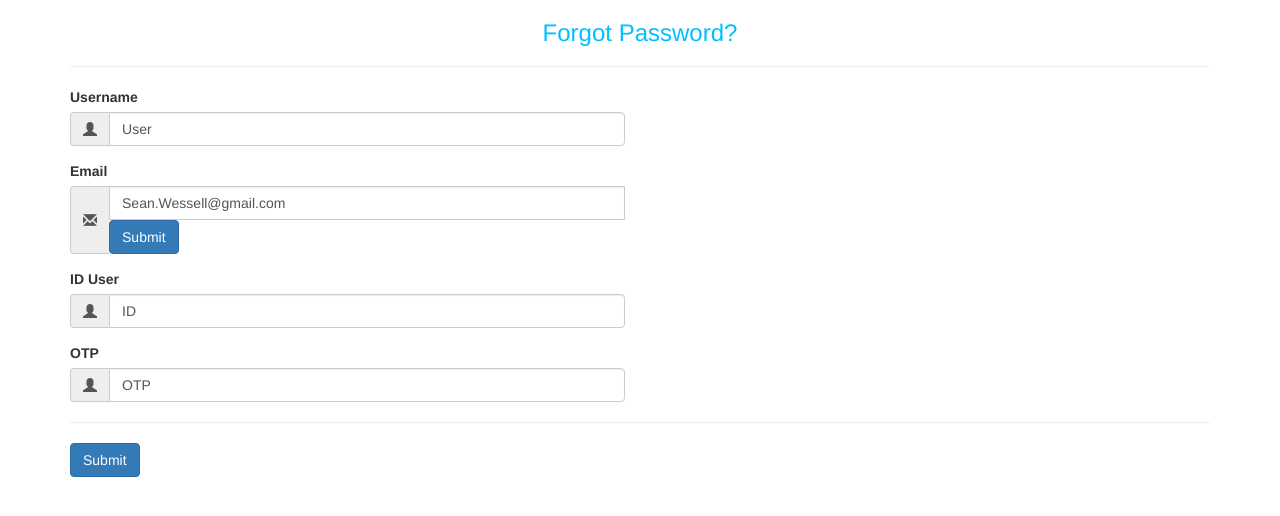
Repository: phamtailinh/webtintuc
Page: http://localhost/doicapdat/Quenmk.jsp
These files come from the project's save history. The page is drawn as it stood at one moment and after the next save; the edit follows.
The browser window is 1280 px wide. The pictures show the whole page.
Some web libraries are served in a nearby version. The page is served by Tomcat 9. Other server files are loaded and not shown.

Above is the page before, as saved 2022-01-07 09:02:24.
Console error (its wording comes from the project's code and is left out).

### doicapdat/src/main/webapp/Quenmk.jsp
<%@ page language="java" contentType="text/html; charset=ISO-8859-1"
	pageEncoding="ISO-8859-1"%>
<!DOCTYPE html>
<html>
<head>
<meta charset="ISO-8859-1">
<title>Insert title here</title>
<link
	href="//maxcdn.bootstrapcdn.com/bootstrap/3.3.0/css/bootstrap.min.css"
	rel="stylesheet" id="bootstrap-css">
<script
	src="//maxcdn.bootstrapcdn.com/bootstrap/3.3.0/js/bootstrap.min.js"></script>
<script src="//code.jquery.com/jquery-1.11.1.min.js"></script>
<style type="text/css">
.popover.primary {
	border-color: #337ab7;
}

.popover.primary>.arrow {
	border-top-color: #337ab7;
}

.popover.primary>.popover-title {
	color: #fff;
	background-color: #337ab7;
	border-color: #337ab7;
}

.popover.success {
	border-color: #d6e9c6;
}

.popover.success>.arrow {
	border-top-color: #d6e9c6;
}

.popover.success>.popover-title {
	color: #3c763d;
	background-color: #dff0d8;
	border-color: #d6e9c6;
}

.popover.info {
	border-color: #bce8f1;
}

.popover.info>.arrow {
	border-top-color: #bce8f1;
}

.popover.info>.popover-title {
	color: #31708f;
	background-color: #d9edf7;
	border-color: #bce8f1;
}

.popover.warning {
	border-color: #faebcc;
}

.popover.warning>.arrow {
	border-top-color: #faebcc;
}

.popover.warning>.popover-title {
	color: #8a6d3b;
	background-color: #fcf8e3;
	border-color: #faebcc;
}

.popover.danger {
	border-color: #ebccd1;
}

.popover.danger>.arrow {
	border-top-color: #ebccd1;
}

.popover.danger>.popover-title {
	color: #a94442;
	background-color: #f2dede;
	border-color: #ebccd1;
}
</style>
</head>
<body>
	<div class="container">

		<h3 style="color: #00BFFF; text-align: center;">Forgot Password?</h3>
		<hr>
		<div class="row">
			<div class="col-lg-6">
				<div class="form-group">
					<label>Username</label>
					<div class="input-group">
						<span class="input-group-addon"><span
							class="glyphicon glyphicon-user"></span></span> <input type="text"
							class="form-control" name="Username" id="Username"
							placeholder="Requested Username" required value="User">
					</div>
				</div>
				<div class="form-group">
					<label>Email</label>
					<div class="input-group">
						<span class="input-group-addon"><span
							class="glyphicon glyphicon-envelope"></span></span> <input type="text"
							class="form-control" name="Email" id="Email"
							placeholder="Requested Email" required
							value="Sean.Wessell@gmail.com"> <input type="submit"
							name="submit" id="submit" value="Submit"
							class="btn btn-primary pull-left"
							href="https://accounts.google.com/AccountChooser/signinchooser?service=mail&continue=https%3A%2F%2Fmail.google.com%2Fmail%2F&flowName=GlifWebSignIn&flowEntry=AccountChooser">
					</div>
				</div>
				<div class="form-group">
					<label>ID User</label>
					<div class="input-group">
						<span class="input-group-addon"><span
							class="glyphicon glyphicon-user"></span></span> <input type="text"
							class="form-control" name="Username" id="Username"
							placeholder="Requested Username" required value="ID">
					</div>
				</div>
				<label>OTP</label>
				<div class="input-group">
					<span class="input-group-addon"><span
						class="glyphicon glyphicon-user"></span></span> <input type="text"
						class="form-control" name="Username" id="Username"
						placeholder="Requested Username" required value="OTP">
				</div>
			</div>


		</div>
		<hr>
		<input type="submit" name="submit" id="submit" value="Submit"
			class="btn btn-primary pull-left" herf="#">
	</div>
	</div>
	</div>
</body>
</html>

After the next save:
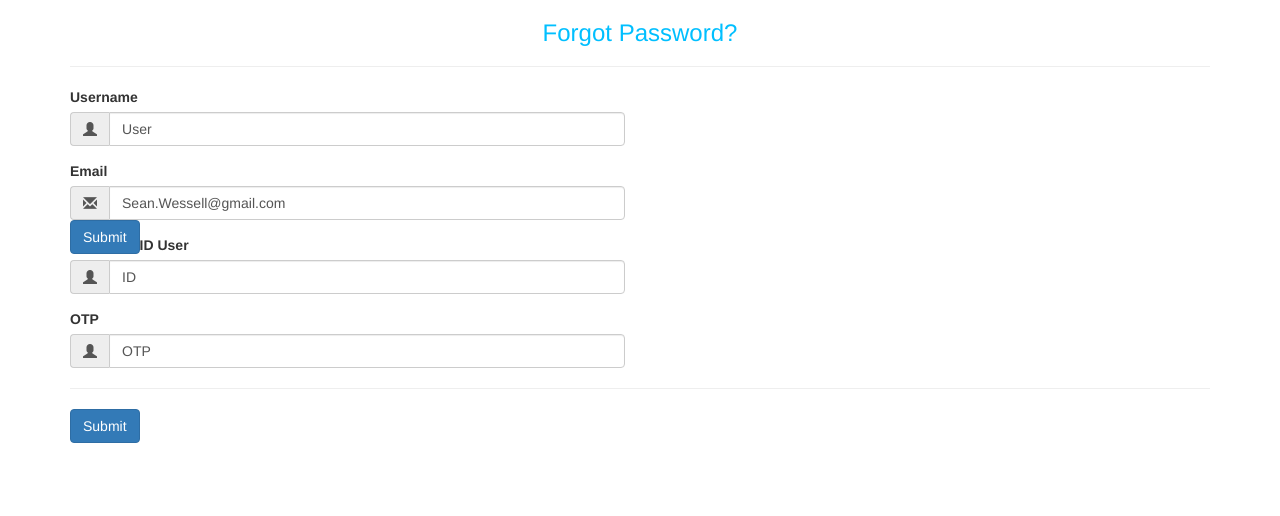
Saved 88 s later.
--- a/doicapdat/src/main/webapp/Quenmk.jsp
+++ b/doicapdat/src/main/webapp/Quenmk.jsp
@@ -106,7 +106,8 @@
 							class="glyphicon glyphicon-envelope"></span></span> <input type="text"
 							class="form-control" name="Email" id="Email"
 							placeholder="Requested Email" required
-							value="Sean.Wessell@gmail.com"> <input type="submit"
+							value="Sean.Wessell@gmail.com"></div>
+							<div> <input type="submit"
 							name="submit" id="submit" value="Submit"
 							class="btn btn-primary pull-left"
 							href="https://accounts.google.com/AccountChooser/signinchooser?service=mail&continue=https%3A%2F%2Fmail.google.com%2Fmail%2F&flowName=GlifWebSignIn&flowEntry=AccountChooser">
